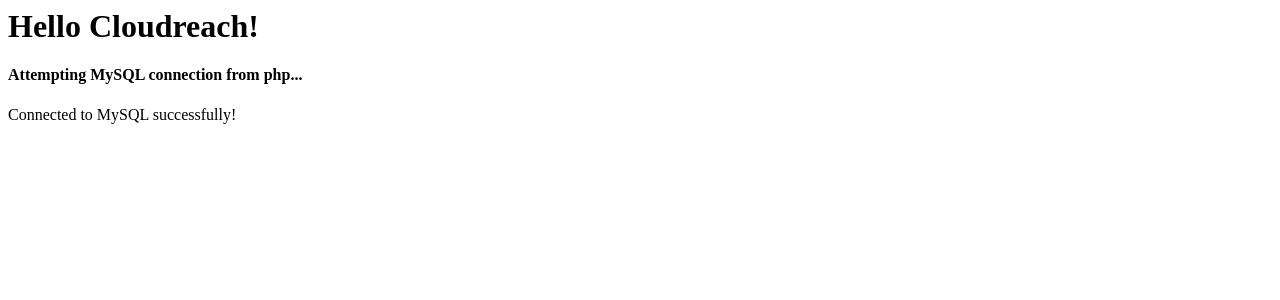
Repository: ssezmar/php...
Page: http://localhost/
These files come from the project's save history. The page is drawn as it stood at one moment and after a run of saves; the edit follows.
The browser window is 1280 px wide. The pictures show the whole page.
The page is run by PHP 8.4 with error messages shown; the project is at /var/www/html/.

Above is the page before, as saved 2025-09-05 23:25:33.

After the next 2 saves:
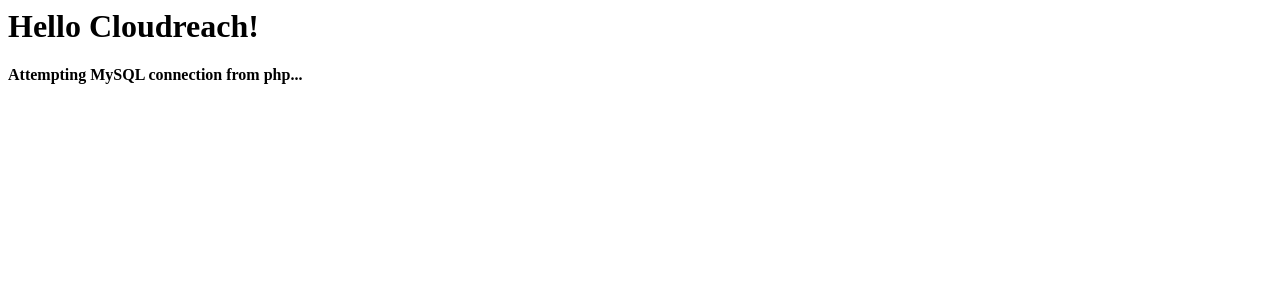
The 2 saves are shown as one change because they came seconds apart.
The last was saved 27 s later.
--- a/public_html/index.php
+++ b/public_html/index.php
@@ -1,6 +1,6 @@
 <h1>Hello Cloudreach!</h1>
 <h4>Attempting MySQL connection from php...</h4>
-
+<script>
 <?php
 $host = 'mysql';
 $user = 'root';

After the 5 saves that followed:
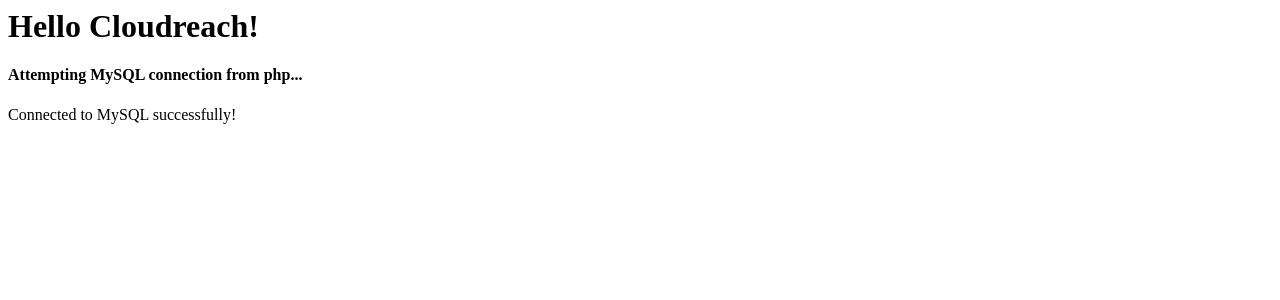
The 5 saves are shown as one change because 1 left the picture as it was and some came seconds apart.
The last was saved 17 s later.
--- a/public_html/index.php
+++ b/public_html/index.php
@@ -1,6 +1,6 @@
 <h1>Hello Cloudreach!</h1>
 <h4>Attempting MySQL connection from php...</h4>
-<script>
+<script></script>
 <?php
 $host = 'mysql';
 $user = 'root';
